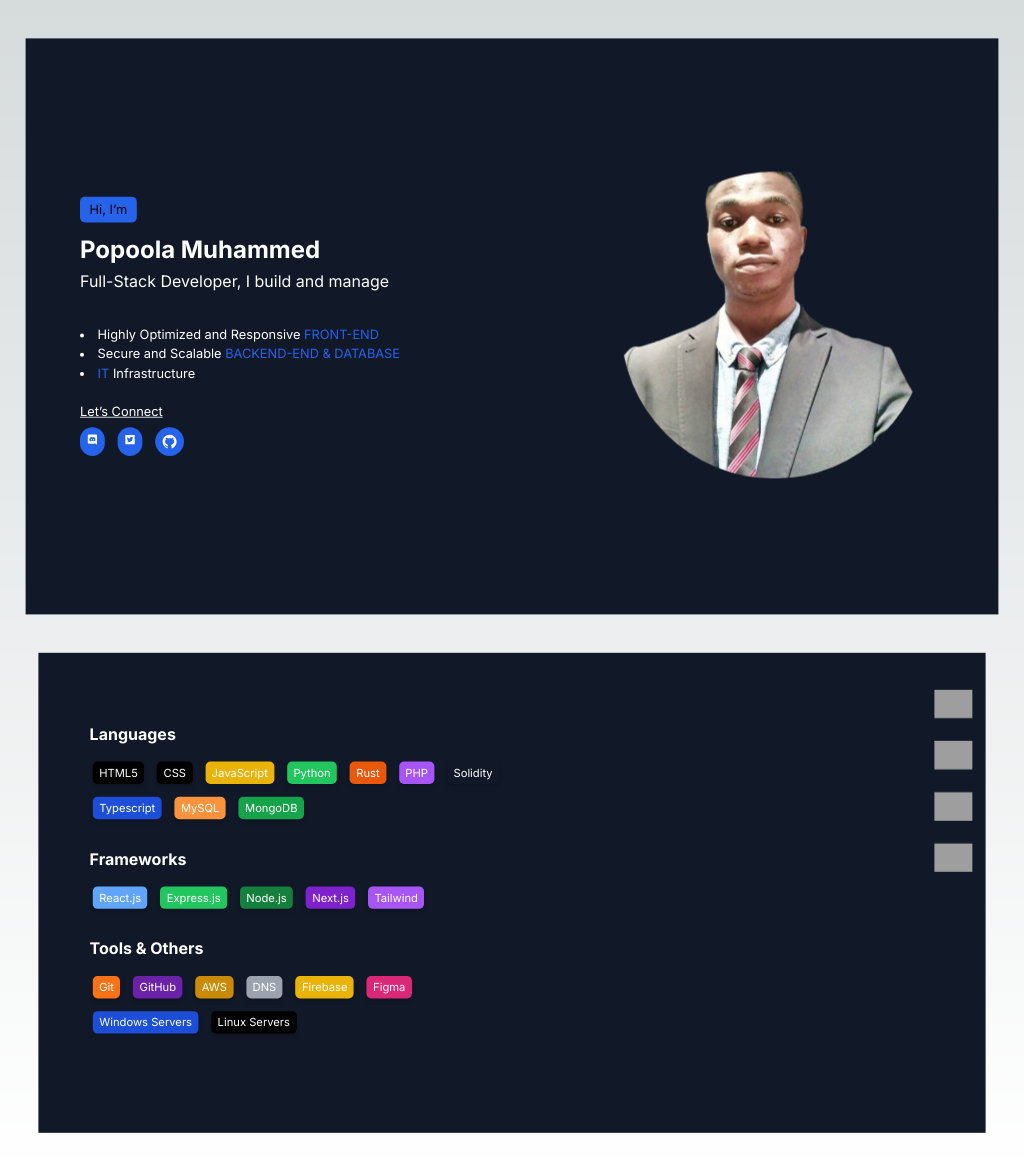
Repository: muhammedctgr/hammedctgr
Page: /
The author's editor kept a copy of each file at every save. The page is drawn from the files as they stood at one save, then again after the next save.
The browser window is 1280 px wide. The pictures show the whole page, at 80% of full size.
Pictures or frames that could not be fetched are drawn as grey boxes. The project was rebuilt for these pictures with package versions that can differ from the ones it lists, and the page was loaded fresh each time. The framework's server and built-in components were replaced by stand-ins that run in the browser. Also part of the build but not shown: next.config.mjs.

Above is the page before, as saved 2024-08-01 14:07:37.

### app/layout.tsx
import type { Metadata } from "next";
import { Inter } from "next/font/google";
import "./globals.css";

const inter = Inter({ subsets: ["latin"] });

export const metadata: Metadata = {
  title: "Popoola Muhammed",
  description: "Generated by create next app",
};

export default function RootLayout({
  children,
}: Readonly<{
  children: React.ReactNode;
}>) {
  return (
    <html lang="en">
      <body className={inter.className}>{children}</body>
    </html>
  );
}

### app/page.tsx
import Head from 'next/head';
import Hero from '../components/Hero';
import SkillsSection from '@/components/SkillsSection';


const Home = () => (
  <div>
    <Head>
      <title>Popoola Muhammed</title>
      <meta name="description" content="Welcome to my developer portfolio" />
    </Head>

    <Hero />
    <SkillsSection />
  </div>
);

export default Home;

### app/globals.css
@tailwind base;
@tailwind components;
@tailwind utilities;

:root {
  --foreground-rgb: 0, 0, 0;
  --background-start-rgb: 214, 219, 220;
  --background-end-rgb: 255, 255, 255;
}

@media (prefers-color-scheme: dark) {
  :root {
    --foreground-rgb: 255, 255, 255;
    --background-start-rgb: 0, 0, 0;
    --background-end-rgb: 0, 0, 0;
  }
}

body {
  color: rgb(var(--foreground-rgb));
  background: linear-gradient(
      to bottom,
      transparent,
      rgb(var(--background-end-rgb))
    )
    rgb(var(--background-start-rgb));
}

@layer utilities {
  .text-balance {
    text-wrap: balance;
  }
}


@keyframes upDown {
  0%, 100% {
    transform: translateY(0);
  }
  50% {
    transform: translateY(-10px); /* Adjust the value as needed */
  }
}

.animate-upDown {
  animation: upDown 2s infinite ease-in-out; /* Adjust duration as needed */
}

### components/Hero.tsx
import Image from 'next/image';
import profilePic from '../public/profile.png';
import { AiFillDiscord, AiFillGithub, AiFillTwitterSquare, AiFillX } from 'react-icons/ai';

const Hero = () => {
  return (
    <section className="bg-gray-900 m-12 mx-8  text-white min-h-screen flex items-center">
      <div className="container mx-auto flex flex-col md:flex-row items-center">
        <div className="flex-1 text-left md:text-left p-5 m-12 mt-12">
          <div className="inline-block bg-blue-600 text-black py-1 px-3 mb-4 rounded-md">
            Hi, I’m
          </div>
          <div className="mb-10">
          <h1 className="text-2xl md:text-3xl font-bold">Popoola Muhammed</h1>
          <p className="mt-2  md:text-xl">Full-Stack Developer, I build and manage</p>
          </div>
          <ul className="mt-4 list-disc list-inside whitespace-nowrap">
            <li>Highly Optimized and Responsive <span className="text-blue-600">FRONT-END</span></li>
            <li>Secure and Scalable <span className="text-blue-600">BACKEND-END & DATABASE</span></li>
            <li><span className="text-blue-600">IT</span> Infrastructure</li>
          </ul>
          <div className="mt-6">
            <a href="#contact" className=" underline">Let’s Connect</a>
            <div className="mt-2 flex md:justify-start space-x-4">
              <a href="#" className="bg-blue-600 p-2 rounded-full">
                <AiFillDiscord size={15} />
              </a>
              <a href="#" className="bg-blue-600 p-2 rounded-full">
                <AiFillTwitterSquare size={15} />
              </a>
              <a href="#" className="bg-blue-600 p-2 rounded-full">
                <AiFillGithub size={20} />
              </a>
            </div>
          </div>
        </div>
        <div className="flex-1 p-5">
          <div className="relative w-48 h-48 mx-auto md:w-72 md:h-72 lg:w-96 lg:h-96">
            <Image src={profilePic} alt="Popoola Muhammed" layout="fill" className="rounded-full object-cover animate-upDown" />
          </div>
        </div>
      </div>
    </section>
  );
};

export default Hero;

### components/SkillsSection.tsx
import Image from 'next/image';
import { FC } from 'react';

interface SkillCategory {
  title: string;
  skills: { name: string; color: string; }[];
}

const skills: SkillCategory[] = [
  {
    title: "Languages",
    skills: [
      { name: "HTML5", color: "bg-black" },
      { name: "CSS", color: "bg-black"},
      { name: "JavaScript", color: "bg-yellow-500" },
      { name: "Python", color: "bg-green-500" },
      { name: "Rust", color: "bg-orange-600" },
      { name: "PHP", color: "bg-purple-500" },
      { name: "Solidity", color: "bg-black-500" },
      { name: "Typescript", color: "bg-blue-700" },
      { name: "MySQL", color: "bg-orange-400" },
      { name: "MongoDB", color: "bg-green-600" },
    ],
  },
  {
    title: "Frameworks",
    skills: [
      { name: "React.js", color: "bg-blue-400" },
      { name: "Express.js", color: "bg-green-500" },
      { name: "Node.js", color: "bg-green-700" },
      { name: "Next.js", color: "bg-purple-700" },
      { name: "Tailwind", color: "bg-purple-500" },
    ],
  },
  {
    title: "Tools & Others",
    skills: [
      { name: "Git", color: "bg-orange-500" },
      { name: "GitHub", color: "bg-purple-800" },
      { name: "AWS", color: "bg-yellow-600" },
      { name: "DNS", color: "bg-gray-400" },
      { name: "Firebase", color: "bg-yellow-500" },
      { name: "Figma", color: "bg-pink-600" },
      { name: "Windows Servers", color: "bg-blue-700" },
      { name: "Linux Servers", color: "bg-black" },
    ],
  },
];

const icons = [
  "/icons/html5.svg", // Replace with your icon paths
  "/icons/css3.svg",
  "/icons/javascript.svg",
  "/icons/python.svg",
  // Add the rest of the icons as needed
];

const SkillsSection: FC = () => {
  return (
    <section className="py-10 m-12 bg-gray-900 text-white">
      <div className="container mx-auto px-4 flex flex-col md:flex-row">
        <div className="flex-1 m-12">
          {skills.map((category) => (
            <div key={category.title} className="mb-8">
              <h2 className="text-xl font-bold mb-4">{category.title}</h2>
              <div className="flex flex-wrap gap-2">
                {category.skills.map((skill) => (
                  <span
                    key={skill.name}
                    className={`px-2 py-1 m-1 rounded-md text-sm ${skill.color} shadow-md`}
                  >
                    {skill.name}
                  </span>
                ))}
              </div>
            </div>
          ))}
        </div>
        <div className="flex-1 flex flex-col items-center md:items-end">
          <div className="grid grid-cols-3 md:grid-cols-1 gap-4">
            {icons.map((src, index) => (
              <div key={index} className="w-12 h-12 relative">
                <Image src={src} alt={`icon-${index}`} layout="fill" objectFit="contain" />
              </div>
            ))}
          </div>
        </div>
      </div>
    </section>
  );
};

export default SkillsSection;

Loaded but not shown: tailwind.config.ts (common file)

After the next save:
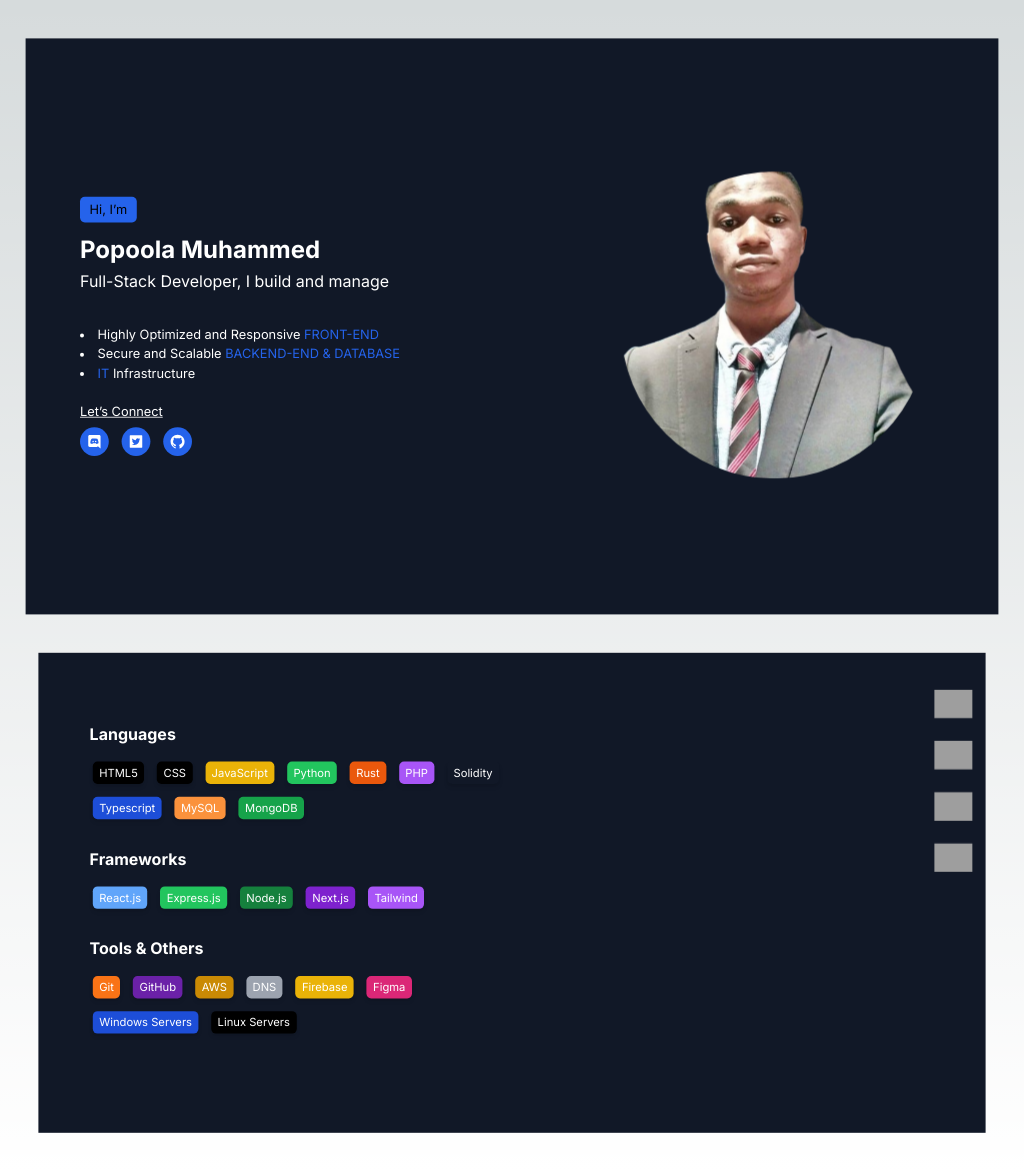
Saved 12 s later.
--- a/components/Hero.tsx
+++ b/components/Hero.tsx
@@ -23,10 +23,10 @@ const Hero = () => {
             <a href="#contact" className=" underline">Let’s Connect</a>
             <div className="mt-2 flex md:justify-start space-x-4">
               <a href="#" className="bg-blue-600 p-2 rounded-full">
-                <AiFillDiscord size={15} />
+                <AiFillDiscord size={20} />
               </a>
               <a href="#" className="bg-blue-600 p-2 rounded-full">
-                <AiFillTwitterSquare size={15} />
+                <AiFillTwitterSquare size={20} />
               </a>
               <a href="#" className="bg-blue-600 p-2 rounded-full">
                 <AiFillGithub size={20} />
